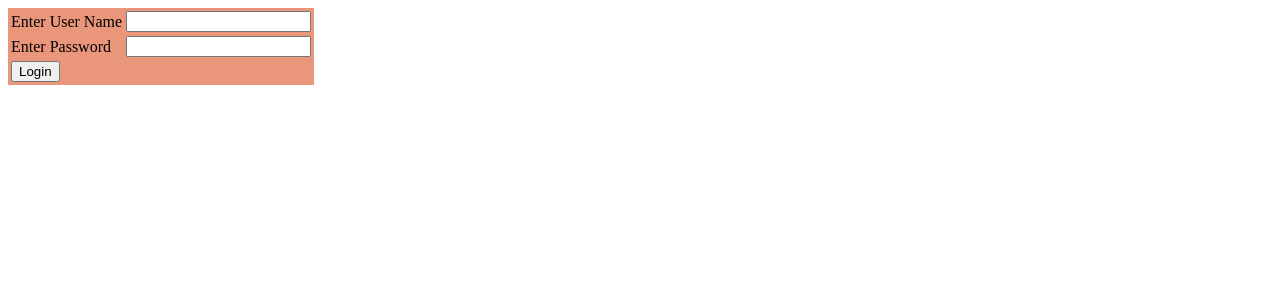
Repository: Pramila0526/LoginRegistrationUsingFilters
Page: http://localhost/LoginAndRegistration/login.jsp
The author's editor kept a copy of each file at every save. The page is drawn from the files as they stood at one save, then again after the next save.
The browser window is 1280 px wide. The pictures show the whole page.
The page is served by Tomcat 9.

Above is the page before, as saved 2019-12-26 11:39:23.

After the next save:
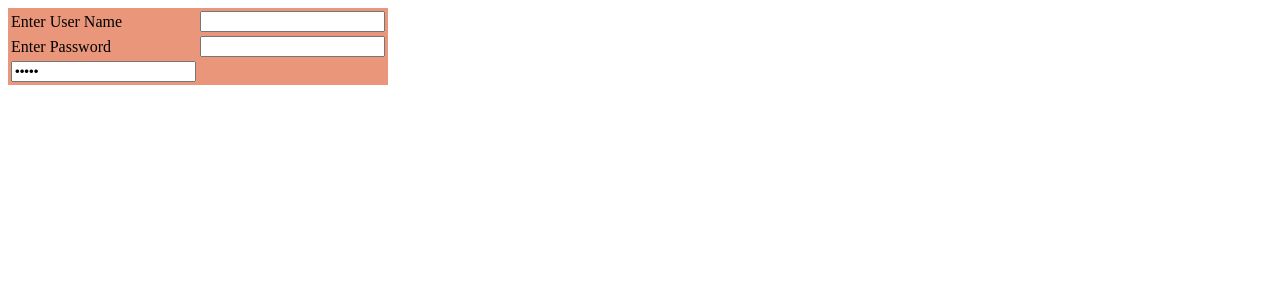
Saved 58 s later.
--- a/LoginAndRegistration/WebContent/login.jsp
+++ b/LoginAndRegistration/WebContent/login.jsp
@@ -19,7 +19,7 @@
 			</tr>
 
 			<tr>
-				<td><input type="submit" name="Login" value="Login"></td>
+				<td><input type="password" name="Login" value="Login"></td>
 			</tr>
 		</table>
 	</form>

After the save that followed:
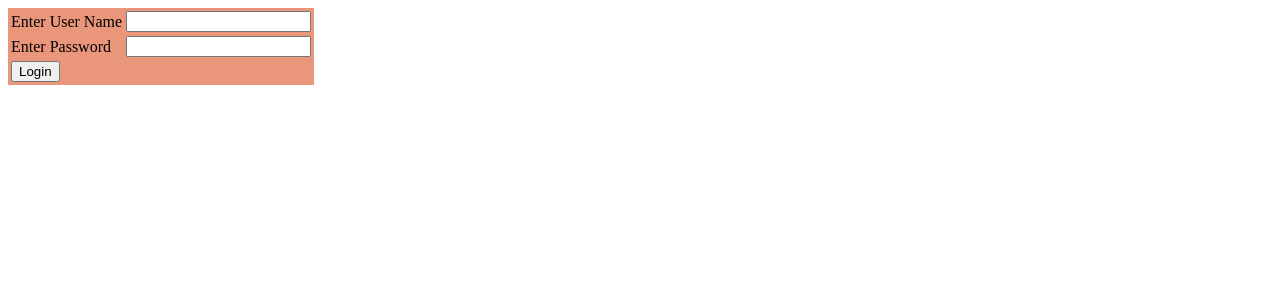
Saved 8 s later.
--- a/LoginAndRegistration/WebContent/login.jsp
+++ b/LoginAndRegistration/WebContent/login.jsp
@@ -15,11 +15,11 @@
 			</tr>
 			<tr>
 				<td>Enter Password</td>
-				<td><input type="text" name="password"></td>
+				<td><input type="password" name="password"></td>
 			</tr>
 
 			<tr>
-				<td><input type="password" name="Login" value="Login"></td>
+				<td><input type="submit" name="Login" value="Login"></td>
 			</tr>
 		</table>
 	</form>
